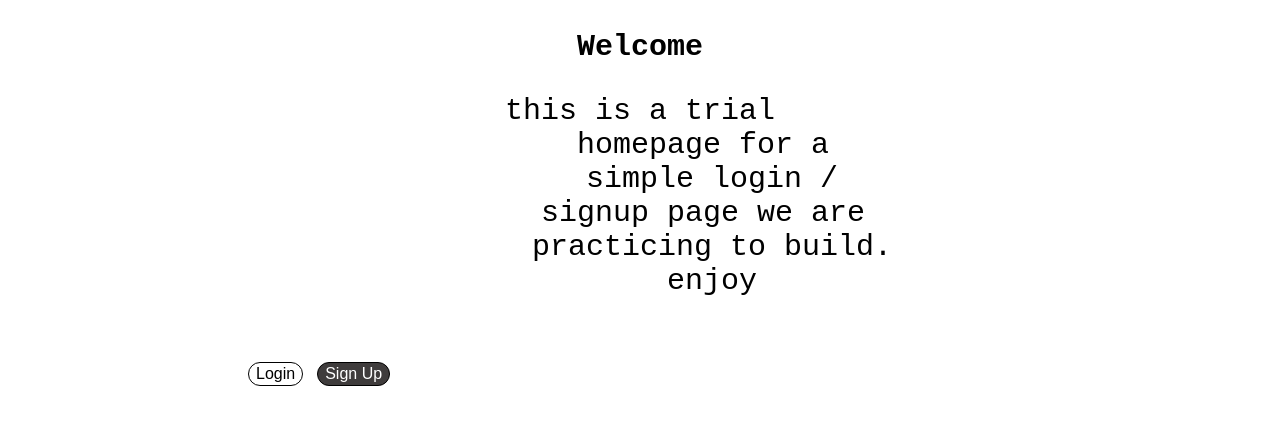
Repository: yhung004/TUTORIAL_PAGE
Page: home.html
The author's editor kept a copy of each file at every save. The page is drawn from the files as they stood at one save, then again after the next save.
The browser window is 1280 px wide. The pictures show the whole page.

Above is the page before, as saved 2024-04-10 01:27:33.

After the next save:
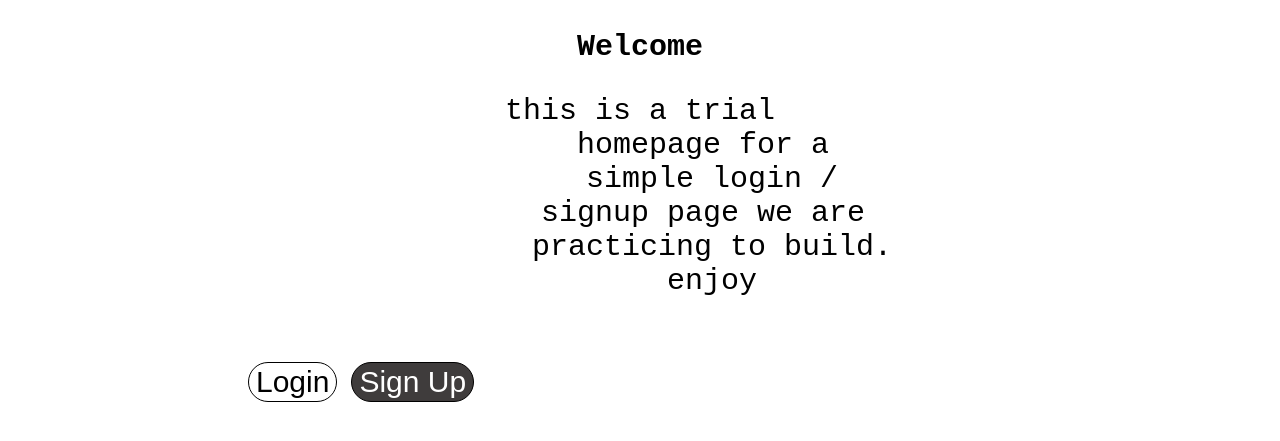
Saved 65 s later.
--- a/main.css
+++ b/main.css
@@ -14,9 +14,8 @@
     border: 1px solid black;
     background-color:white;
     border-radius: 20px;
-    font-size: medium;
+    font-size: 30px;
     padding: 2px 7px 2px 7px;
-    font-size: medium;
 }
 .button_b {
     position: relative;
@@ -25,6 +24,6 @@
     border-radius: 20px;
     background-color: rgb(63, 60, 60);
     color:white;
-    font-size: medium;
+    font-size: 30px;
     padding: 2px 7px 2px 7px;
 }
